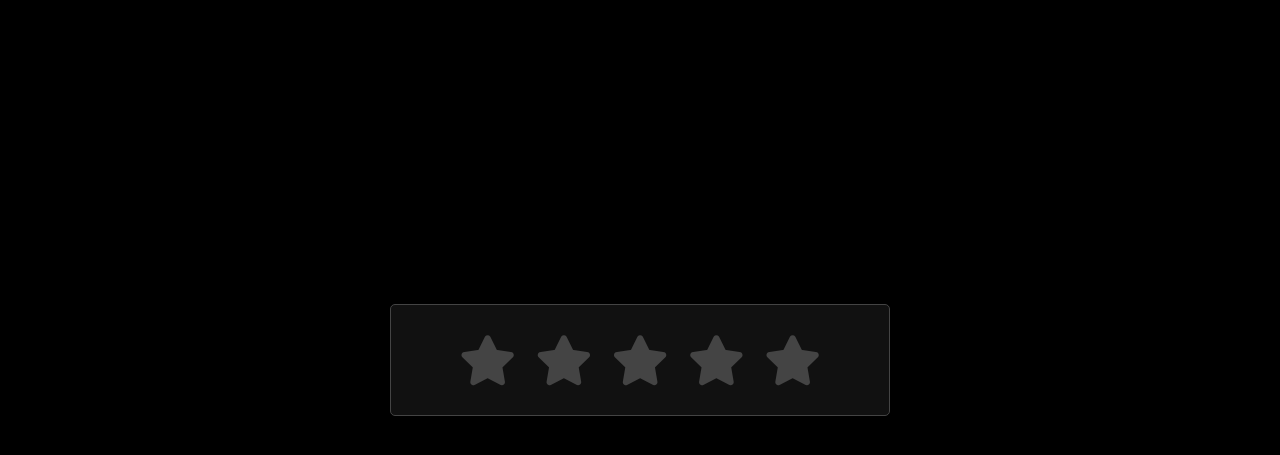
Repository: Suryansh-D/Star-Ratings
Page: index.html
An editor plug-in stored every save of this project. The page is shown before and after the next save, followed by the edit.
The browser window is 1280 px wide. The pictures show the whole page.

Above is the page before, as saved 2024-02-03 10:44:21.

### index.html
<!DOCTYPE html>
<html lang="en">
<head>
    <meta charset="UTF-8">
    <meta name="viewport" content="width=device-width, initial-scale=1.0">
    <title>Document</title>
</head>
<link rel="stylesheet" href="style.css">
<link rel="stylesheet" href="https://cdnjs.cloudflare.com/ajax/libs/font-awesome/5.15.3/css/all.min.css">
<body>
    <div class="container">
        <div class="post">
            <div class="text">Thanks for rating us!</div>
            <div class="edit">EDIT</div>
            </div>
        <div class="stars">
            <input type="radio" name="rate" id="rate-5">
            <label for="rate-5" class="fas fa-star"></label>
            <input type="radio" name="rate" id="rate-4">
            <label for="rate-4" class="fas fa-star"></label>
            <input type="radio" name="rate" id="rate-3">
            <label for="rate-3" class="fas fa-star"></label>
            <input type="radio" name="rate" id="rate-2">
            <label for="rate-2" class="fas fa-star"></label>
            <input type="radio" name="rate" id="rate-1">
            <label for="rate-1" class="fas fa-star"></label>
            <form action="#">
                <header></header>
                <div class="textarea">
                <textarea cols="30" placeholder="Describe your experience"></textarea>
                </div>
                    <div class="btn">
                        <button type="submit">Post</button>
                        </div>
                 </form>
        </div>
    </div>
    <script src="script.js"></script>
</body>
</html>

### style.css
@import url('https://fonts.googleapis.com/css?family=Roboto:400,700');
* {
  margin: 0;
  padding: 0;
  box-sizing: border-box;
  font-family:'Poppins', sans-serif;
}
html, body {
  height: 100%;
  background-color: #000;
  place-items: center;
  display: grid;
  text-align: center;
}

.container {
    position: relative;
    width: 500px;
    background: #111;
    padding: 20px  30px;
    border: 1px solid #444;
    border-radius: 5px;
    display: flex;
    flex-direction: column;
    align-items: center;
    justify-content: center;
}
.container .post{
    display: none;

}
.container .stars input{
    display: none;
}
.stars label{
    font-size: 50px;
    color: #444;
    cursor: pointer;
    transition: all 0.2s ease;
    float: right;
    padding: 10px;

}
.stars input:not(:checked) ~ label:hover ,
.stars input:not(:checked) ~ label:hover ~ label{
    color: #ffcc00;
}
.stars input:checked ~ label{
    color: #ffcc00;
}
input#rate-5:checked ~ label{
    color: #fe7;
    text-shadow: 0 0 20px #f1cf45;
}
input#rate-4:checked ~ label{
    color: #fe7;
    text-shadow: 0 0 20px #f1cf45;
}
input#rate-3:checked ~ label{
    color: #fe7;
    text-shadow: 0 0 20px #f1cf45;
}
input#rate-2:checked ~ label{
    color: #fe7;
    text-shadow: 0 0 20px #f1cf45;
}
input#rate-1:checked ~ label{
    color: #fe7;
    text-shadow: 0 0 20px #f1cf45;
}

#rate-1:checked ~ form header:before{
    content: "Hatt Bakwas 😤";

}
#rate-2:checked ~ form header:before{
    content: "Bekaar 😒";
}
#rate-3:checked ~ form header:before{
    content: "Theek hi hai 🙂";
}
#rate-4:checked ~ form header:before{
    content: "Badhiya kiye Munna😌";
}
#rate-5:checked ~ form header:before{
    content: "Ohh Bhaisaab! 🤯 ";
}

.container .text{
    font-size: 25px;
    color: #666;
    font-weight: 700;

}
.container .edit{
    position: absolute;
    right:10px;
    top:5px;
    font-size: 16px;
    color: #666;
    font-weight: 500;
    cursor: pointer;
}
.container .edit:hover{
    text-decoration: underline;
    color: #fe7;
}
.container form{
    display: none;
}
input:checked ~ form{
    display: block;
    transition: all 0.2s ease;
}
form header{
    width:100%;
    font-size: 25px;
    color: #fe7;
    font-weight: 700;
    margin: 5px 0 20px 0;
    text-align: center;
    transition: all 0.2s ease;
}

form .textarea{
    width: 100%;
   height: 100%;
   overflow: hidden;
}
form .textarea textarea{
    height: 100%;
    width:100%;
    outline: none;
    color: #fff;
    border: 1px solid #333;
    background: #222;
    padding: 10px;
    font-size: 17px;
    resize: none;
}
form .btn{
  height: 45px;
  width: 100%;
  margin: 15px 0;
}
form .btn button{
    width: 100%;
    height: 100%;
    border: 1px solid #444;
    outline: none;
    background: #222;
    color: #999;
    font-size: 20px;
    font-weight: 700;
    cursor: pointer;
    transition: all 0.2s ease;
    font-size: 17px;
    text-transform: uppercase;
}
form .btn button:hover{
    background: #1b1b1b;
    color: #fff;
}

### script.js
const btn = document.querySelector('button');
const post = document.querySelector('.post');
const widget = document.querySelector('.stars');
const editBtn = document.querySelector('.edit');

btn.onclick =() => {
    widget.style.display = 'none';
    post.style.display = 'block';


    editBtn.onclick =() => {
        widget.style.display = 'block';
        post.style.display = 'none';

    }
    return false;
}

After the next save:
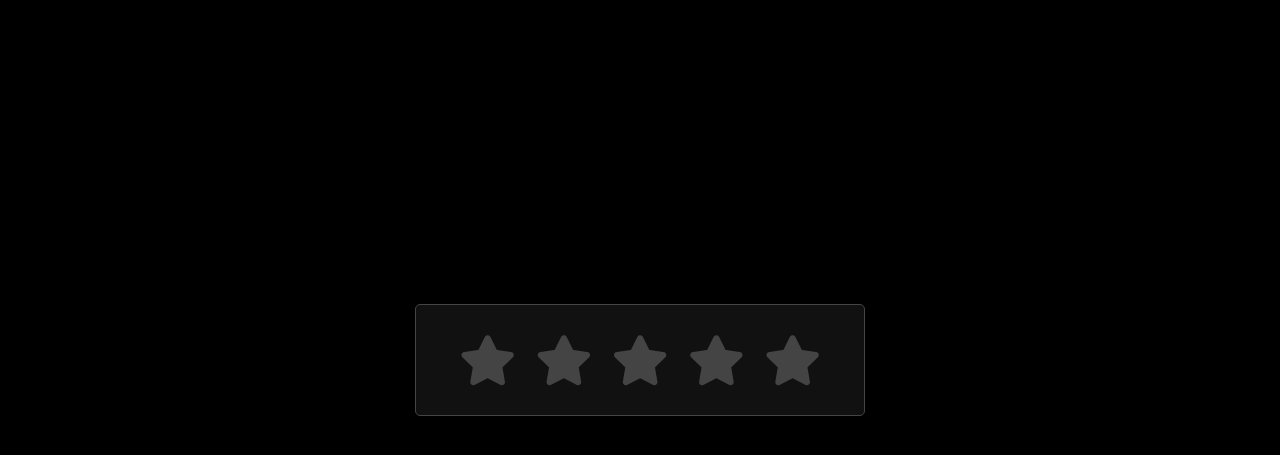
Saved 54 s later.
--- a/style.css
+++ b/style.css
@@ -15,7 +15,7 @@ html, body {
 
 .container {
     position: relative;
-    width: 500px;
+    width: 450px;
     background: #111;
     padding: 20px  30px;
     border: 1px solid #444;
